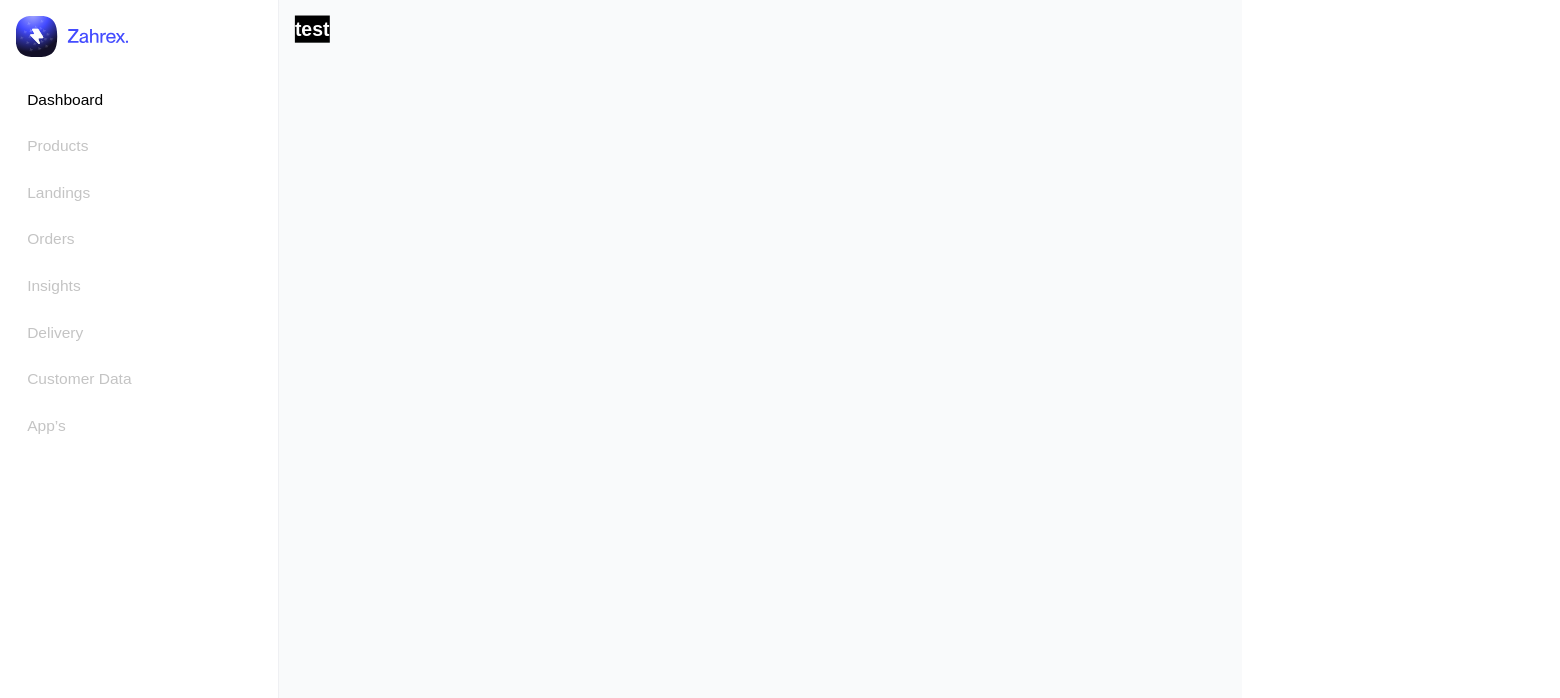
Repository: asba38295-web/zahrex-app
Page: /dashboard
These files come from the project's save history. The page is drawn as it stood at one moment and after the next save; the edit follows.
The browser window is 1280 px wide. The page is 1280 px wide, then 1608 px, so the pictures cover 1608 px, including what lies to the right of the window. The pictures show the whole page, at 97% of full size.
The project was rebuilt for these pictures with package versions that can differ from the ones it lists, and the page was loaded fresh each time. The framework's server and built-in components were replaced by stand-ins that run in the browser. Also part of the build but not shown: next.config.mjs.

Above is the page before, as saved 2025-11-28 03:45:32.

### src/app/dashboard/page.jsx
"use client";
import React, { useState } from "react";

import Dashboard from "../../page/Dashboard";

export default function DashboardShell() {
  const [activeTab, setActiveTab] = useState("dashboard");
  const [mobileMenuOpen, setMobileMenuOpen] = useState(false);

  const NAV = [
    { key: "dashboard", label: "Dashboard" },
    { key: "products",  label: "Products" },
    { key: "landings",  label: "Landings" },
    { key: "orders", label: "Orders" },
    { key: "insights",      label: "Insights" },
    { key: "delivery",  label: "Delivery" },
    { key: "customerData",      label: "Customer Data" },
    { key: "apps",   label: "App’s" },

  ];

  return (
    <div className="min-h-screen bg-gray-50 flex">
      {/* Sidebar */}
      <aside
        className={`fixed inset-y-0 left-0 z-30 w-72 bg-white/90 backdrop-blur border-r border-gray-200 p-4 transition-transform md:translate-x-0 ${
          mobileMenuOpen ? "translate-x-0" : "-translate-x-full md:translate-x-0"
        }`}
      >
        <div className="flex items-center justify-between mb-6">
          <div className="flex items-center gap-2">
            <img src="logoz.svg" alt="" />
          </div>
          <button
            onClick={() => setMobileMenuOpen(false)}
            className="md:hidden inline-flex items-center justify-center h-9 w-9 rounded-full border"
            aria-label="Close menu"
          >
            ×
          </button>
        </div>

        <nav className="space-y-2">
          {NAV.map((item) => (
            <button
              key={item.key}
              onClick={() => setActiveTab(item.key)}
              className={`w-full text-[#C4C4C4] text-left px-3 py-2 rounded-xl ${
                activeTab === item.key
                  ? " text-black  border-black"
                  : "hover:bg-gray-100"
              }`}
            >
              {item.label}
            </button>
          ))}
        </nav>
      </aside>


      {/* Main */}
      <main className="absolute  flex-1 md:ml-72 p-4">
        {/* Top bar */}
        <div className="flex items-center justify-between gap-2 mb-4">
          <button
            onClick={() => setMobileMenuOpen(true)}
            className="md:hidden inline-flex items-center justify-center h-10 w-10 rounded-xl border bg-white"
            aria-label="Open menu"
          >
            ☰
          </button>
          <h1 className="text-xl font-semibold">{titleForTab(activeTab)}</h1>
          <div className="hidden md:block" />
        </div>

        {/* 🧩 المحتوى: خاوي دابا — ركب فيه كومبونوناتك من بعد */}
        {/* <EmptyPanel /> */}

        {/*
          🔌 منين تبغي تركّب كومبونونت:
          import OrdersTable from "@/componentsDashboard/orders/OrdersTable";
          ثم بدّل <EmptyPanel /> بـ:
          {activeTab === "orders" && <OrdersTable />}
          وهاكذا لباقي التابات...
        */}
      </main>
    </div>

  );
}

function titleForTab(key) {
  switch (key) {
    case "dashboard": return < Dashboard />;
    case "orders": return "Orders22";
    case "services": return "Services";
    case "closed": return "Closed";
    case "paid": return "Paid";
    case "products": return "Products";
    case "delivery": return "Delivery";
    case "customers": return "Customers";
    case "meta": return "Meta";
    case "whatsapp": return "Whatsapp";
    case "team": return "Team";
    case "finance": return "Finance";
    case "email": return "Email";
  }
}

// function EmptyPanel() {
//   return (
//     <div className="grid place-items-center h-[60vh] rounded-2xl border bg-white text-gray-500">
//       <div className="text-center space-y-2">
//         <div className="text-sm uppercase tracking-wide text-gray-400">Empty</div>
//         <p className="text-base">ركّب الكومبونونت ديالك هنا من بعد.</p>
//       </div>
//     </div>
//   );
// }

### src/page/Dashboard.jsx
"use client";
import React, { useState } from "react";

export default function Dashboard() {

return(

    <div className="bg-black h-full w-full text-white">test</div>
)

}

Loaded but not shown: src/app/layout.js (common file); src/app/globals.css (common file)

After the next save:
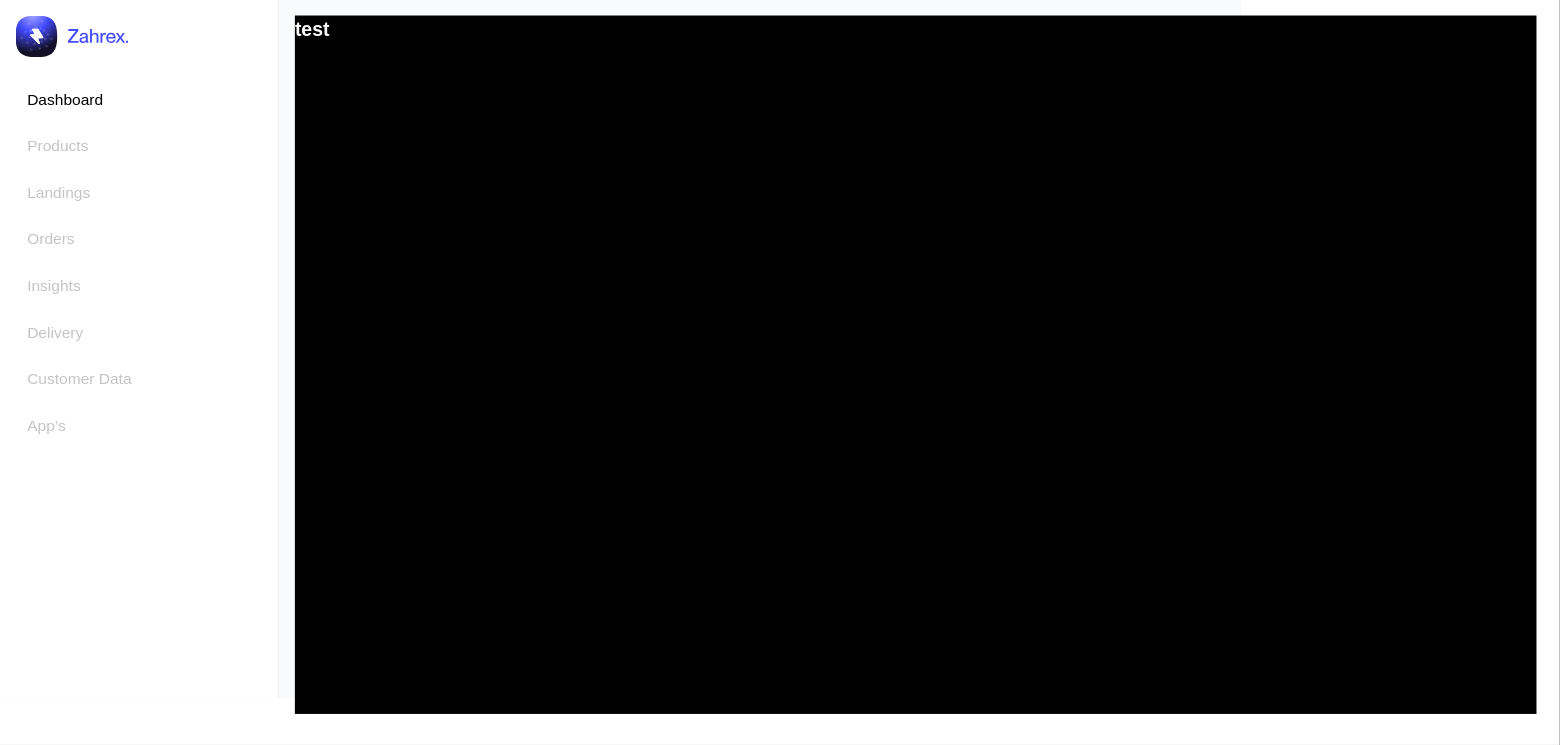
Saved 15 s later.
--- a/src/page/Dashboard.jsx
+++ b/src/page/Dashboard.jsx
@@ -5,7 +5,7 @@ export default function Dashboard() {
 
 return(
 
-    <div className="bg-black h-full w-full text-white">test</div>
+    <div className="bg-black h-screen w-screen text-white">test</div>
 )
 
 }
